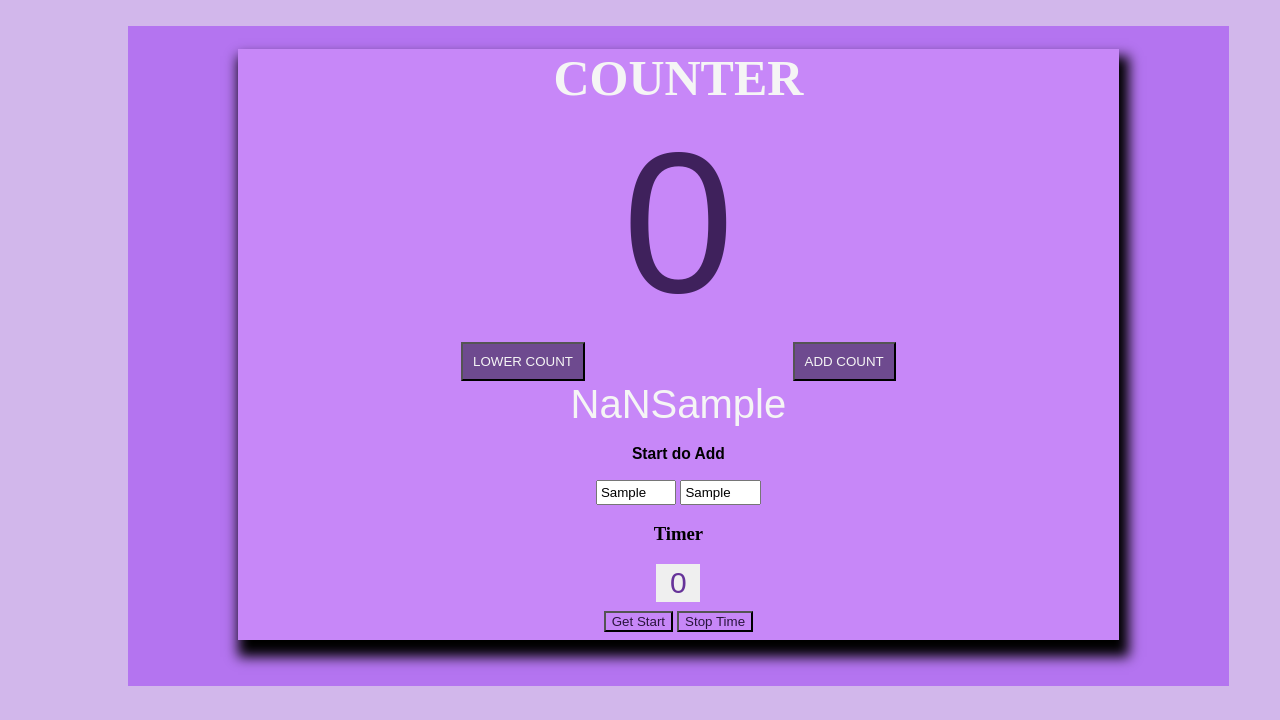
Repository: AnahitKhechumyan/Counter
Page: index.html
The author's editor kept a copy of each file at every save. The page is drawn from the files as they stood at one save, then again after the next save.
The browser window is 1280 px wide. The pictures show the whole page.
Empty fields were first filled with sample values (such as "Sample", 5 or name@example.com).
After loading, the first visible `button.add` was clicked once.

Above is the page before, as saved 2022-02-15 02:53:20.

### index.html
<!DOCTYPE html>
<html lang="en">
<head>
    <meta charset="UTF-8">
    <meta http-equiv="X-UA-Compatible" content="IE=edge">
    <meta name="viewport" content="width=device-width, initial-scale=1.0">
    <link rel="stylesheet" href="style.css">
    <title>Counter</title>
</head>
<body>
    <div class="container">
       <div class="main">
            <div class="header">COUNTER</div>
            <button class= "counter">0</button>
            <div class = "change">
                 <button class ="decrement" type="button">LOWER COUNT</button>
                 <button class ="increment" type="button">ADD COUNT</button>
            </div>
            <button class= "sum">0</button> <br>
            <button class= "add" type="button"><h3>Start do Add</h3></button>
            <div >
                <input class ="firstInput" type="text" />
                <input class ="secondInput" type = "text"/>
           </div>
           <h3>Timer</h3>
           <button class= "timer">0</button>
            <div>
                <button class ="getTime">Get Start</button>
                <button class ="stopTime">Stop Time</button>
           </div>
        </div>
    </div>
    <script src= "script.js"></script>
</body>
</html>

### style.css
body{
    margin: 0;
    background-color: rgb(210, 183, 235);
}
.container{
    background-color: rgb(180, 116, 240);
    width: 86%;
    height: 90vh;
    margin: 2% 10%;
    padding-top: 1%;

}
.main{
    background-color: rgb(199, 135, 248);
    width: 80%;
    height: 82vh;
    margin: 1% 10%;
    box-shadow: 5px 12px 12px 5px;
    text-align: center;
}
.header{
    text-align: center;
    color:whitesmoke;
    font-size: 50px;
    font-weight: 700;
}

.counter{
    border:none;
    font-size:200px;
    color:rgb(63, 33, 92);
    background-color:rgb(199, 135, 248) ;

}
 .change{
     background-color:  rgb(199, 135, 248);
     font-size: 30px;
 }
.decrement{
    padding:10px;
    margin-right: 100px;
   background-color: rgb(110, 74, 143);
   color:whitesmoke;
}
.decrement:hover{
    background-color:whitesmoke;
    color:rgb(110, 74, 143);
    cursor:pointer;
}
.increment{
    padding:10px;
    margin-left: 100px;
    background-color: rgb(110, 74, 143);
    color:whitesmoke;
}
.increment:hover{
    background-color:whitesmoke;
    color:rgb(110, 74, 143);
    cursor:pointer;
}
.sum{
    border:none;
    background-color: rgb(199, 135, 248);
    color:whitesmoke;
    font-size: 40px;
}
.firstInput, .secondInput{
    width: 8%;
    padding:3px;
}
.timer{
    padding:2px 3px;
    font-size: 30px;
   width: 5%;
   border:none;
   color:rebeccapurple;
}

.getTime, .stopTime{
    margin-top:1%;
    background-color:rgb(199, 135, 248);
    color:rgb(41, 20, 61);
    cursor:pointer;
}
.getTime:hover, .stopTime:hover{
    background-color: whitesmoke;
    font-weight: 200;
}
h3{
    cursor:pointer;
}
.add{
    border:none;
    background-color: rgb(199, 135, 248);
}

### script.js
let counterElem = document.querySelector('.counter');
let addCount = document.querySelector('.increment');
let lowerCount =document.querySelector('.decrement');
let getTimer = document.querySelector('.getTime');
let stopTimer = document.querySelector('.stopTime');
let goTimer = document.querySelector('.timer');
let startAdd = document.querySelector('.add');
let addSum = document.querySelector('.sum');
let firstNum = document.querySelector('.firstInput');
let secondNum = document.querySelector('.secondInput');


    let count = 0;
    updateDisplay();

 addCount.addEventListener("click",()=>{
    count++;
    updateDisplay();
});
lowerCount.addEventListener("click",()=>{
    count--;
    updateDisplay();
});

function updateDisplay(){
    counterElem.innerHTML = count;
};


startAdd.addEventListener("click",()=>{
    //let x = firstNum.innerHTML;
    let x = firstNum.value;
    console.log(x);
    //let y = secondNum.innerHTML;
    let y = secondNum.value;
   addSum.innerHTML = add(x)(y);
   console.log(add(x)(y));
});

 let sum = 0;
function add(x){
    console.log(x);
    return  function(y){
        console.log(y);
     sum = (+x + y);
     console.log(sum);
     return sum;

    }
};

/*let  add = ((x) =>{
    return function(y){
        return x + y;
       }
});*/

    countTime=0;
 function getTime(){
    countTime++;
    goTimer.innerHTML = countTime;
 }
   let timer = 0;
  getTimer.addEventListener("click",()=>{
    timer = setInterval(getTime,1000);
});

stopTimer.addEventListener("click",()=>{
    clearInterval(timer);
    countTime = 0;
    goTimer.innerHTML = 0;
});

After the next save:
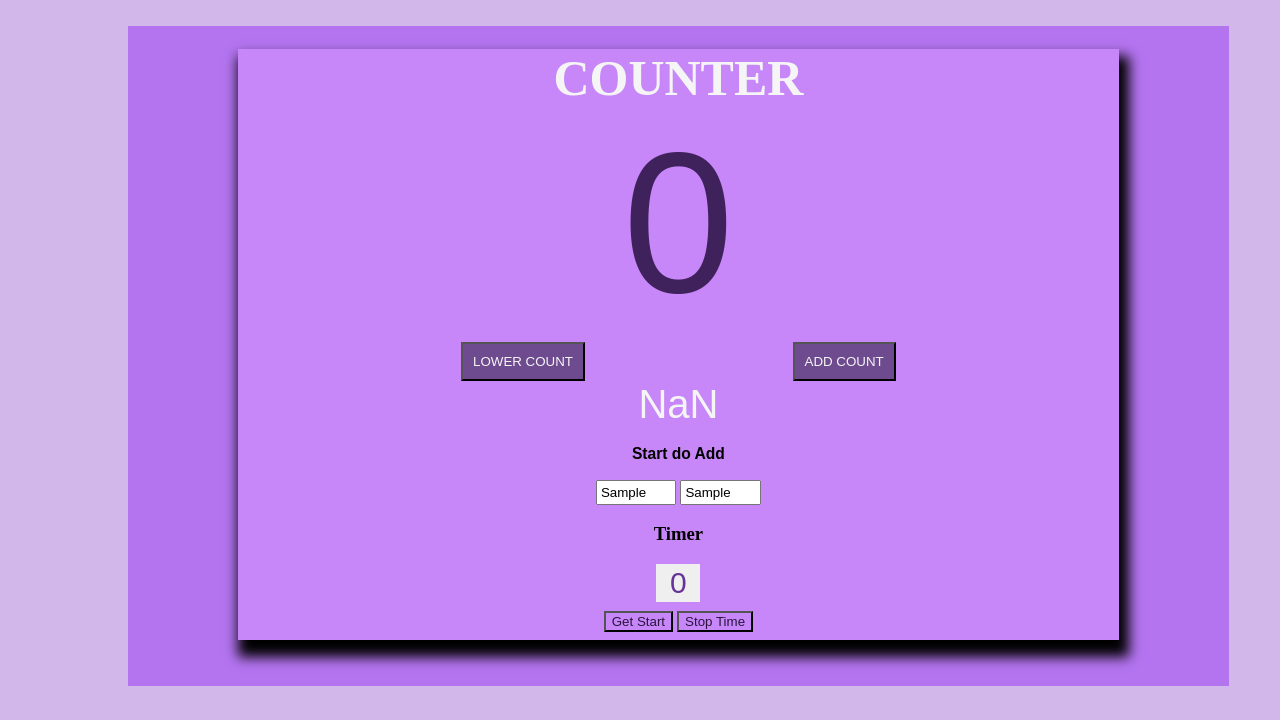
Saved 64 s later.
--- a/script.js
+++ b/script.js
@@ -42,7 +42,7 @@ function add(x){
     console.log(x);
     return  function(y){
         console.log(y);
-     sum = (+x + y);
+     sum = x.value + y.value;
      console.log(sum);
      return sum;
 
